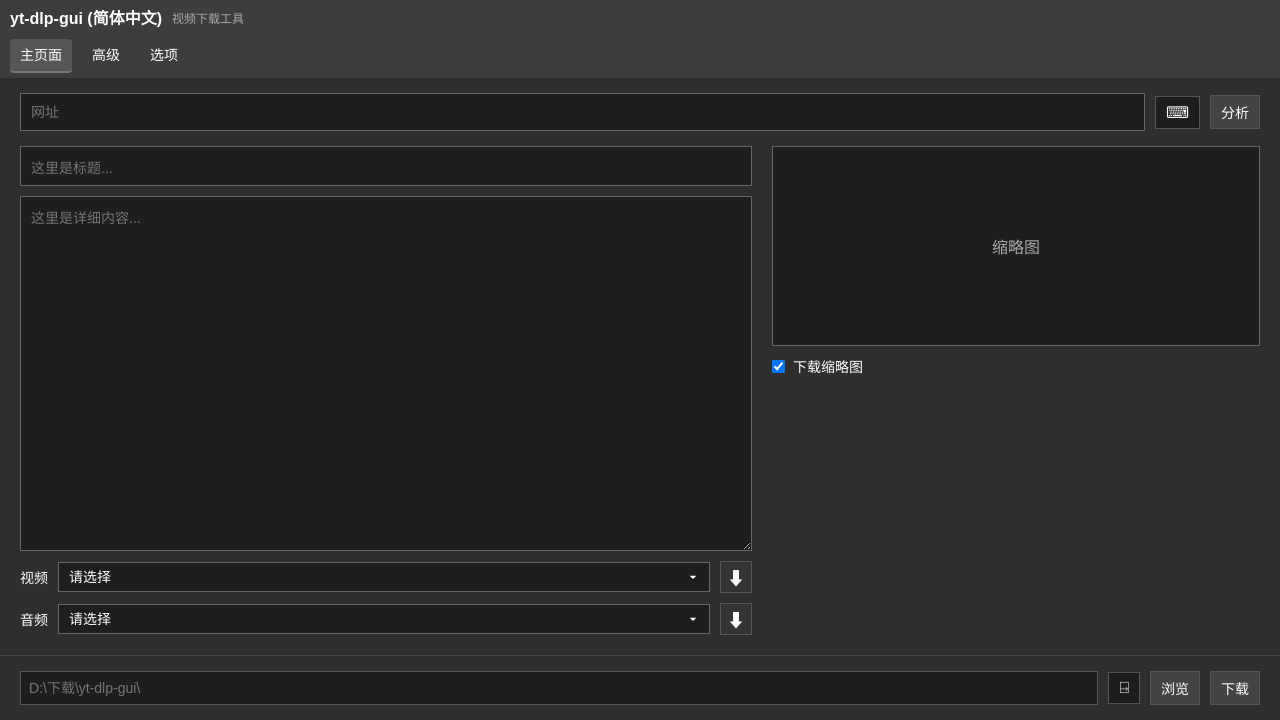
Repository: zArvin6808/yt-TubeSaver
Page: index.html
An editor plug-in stored every save of this project. The page is shown before and after the next save, followed by the edit.
The browser window is 1280 px wide. The pictures show the whole page.

Above is the page before, as saved 2025-06-07 15:34:18.

### index.html
<!DOCTYPE html>
<html lang="zh-CN">
<head>
  <meta charset="UTF-8" />
  <title>yt-dlp-gui (简体中文)</title>
  <meta name="viewport" content="width=device-width, initial-scale=1.0"/>
  <link rel="stylesheet" href="style.css" />
</head>
<body>

  <!-- 标题栏 -->
  <div class="title-bar">
    <h1>yt-dlp-gui (简体中文)</h1>
    <span>视频下载工具</span>
  </div>

  <!-- 导航栏 -->
  <div class="navbar">
    <a href="#" class="nav-link active" data-page="main">主页面</a>
    <a href="#" class="nav-link" data-page="advanced">高级</a>
    <a href="#" class="nav-link" data-page="settings">选项</a>
  </div>

  <!-- 主页面内容 -->
  <div id="main" class="page active">
    <!-- 网址与按钮 占据整行 -->
    <div class="url-analysis-row">
      <input type="text" id="urlInput" placeholder="网址" />
      <button class="icon-button" id="pasteButton">⌨</button>
      <button id="analyzeButton">分析</button>
    </div>

    <!-- 主内容 -->
    <div class="main">
      <!-- 左侧面板 -->
      <div class="left-panel">
        <textarea class="title-input" id="titleInput" placeholder="这里是标题..." readonly></textarea>
        <textarea class="content-textarea" id="contentTextarea" placeholder="这里是详细内容..."></textarea>

        <!-- 视频行 -->
        <div class="select-group">
          <label for="video-select">视频</label>
          <select id="video-select">
            <option>请选择</option>
            <option value="video1">视频格式1</option>
            <option value="video2">视频格式2</option>
          </select>
          <button class="download-button" id="downloadVideoButton">⬇</button>
        </div>

        <!-- 音频行 -->
        <div class="select-group">
          <label for="audio-select">音频</label>
          <select id="audio-select">
            <option>请选择</option>
            <option value="audio1">音频格式1</option>
            <option value="audio2">音频格式2</option>
          </select>
          <button class="download-button" id="downloadAudioButton">⬇</button>
        </div>
      </div>

      <!-- 右侧面板 -->
      <div class="right-panel">
        <div class="thumbnail" id="thumbnailPreview">缩略图</div>
        <div class="checkbox-group">
          <input type="checkbox" id="download-thumb" checked />
          <label for="download-thumb">下载缩略图</label>
        </div>
      </div>
    </div>

    <!-- 路径栏 -->
    <div class="path-bar">
      <input type="text" id="pathInput" placeholder="D:\下载\yt-dlp-gui\" />
      <button class="icon-button" id="refreshPathButton">⍈</button>
      <button id="selectPathButton">浏览</button>
      <button id="downloadButton">下载</button>
    </div>
  </div>

  <!-- 高级页面 -->
  <div id="advanced" class="page">
    <div class="test-content">
      <h2>高级设置（测试页面）</h2>
      <p>这是高级设置页面的测试内容。该页面将用于配置更详细的下载选项。</p>
      <p>未来这里将包含：</p>
      <ul style="color: #aaa; margin-left: 20px;">
        <li>视频质量设置</li>
        <li>下载速度限制</li>
        <li>字幕选项</li>
        <li>格式选择</li>
      </ul>
    </div>
  </div>

  <!-- 选项页面 -->
  <div id="settings" class="page">
    <div class="test-content">
      <h2>全局设置（测试页面）</h2>
      <p>这是选项设置页面的测试内容。该页面将用于配置软件的全局设置。</p>
      <p>未来这里将包含：</p>
      <ul style="color: #aaa; margin-left: 20px;">
        <li>界面语言设置</li>
        <li>默认下载路径</li>
        <li>代理设置</li>
        <li>主题选择</li>
      </ul>
    </div>
  </div>

  <script src="script.js"></script>
</body>
</html>

### style.css
    * {
      box-sizing: border-box;
      margin: 0;
      padding: 0;
      font-family: "Microsoft YaHei", sans-serif;
    }

    body {
      background-color: #2e2e2e;
      color: #ffffff;
      display: flex;
      flex-direction: column;
      min-height: 100vh;
    }

    /* 标题栏 */
    .title-bar {
      background-color: #3d3d3d;
      display: flex;
      align-items: center;
      padding: 5px 10px;
      gap: 10px;
    }

    .title-bar h1 {
      font-size: 16px;
      margin: 0;
    }

    .title-bar span {
      font-size: 12px;
      color: #aaa;
    }

    /* 导航栏 */
    .navbar {
      background-color: #3d3d3d;
      display: flex;
      padding: 5px 10px;
      gap: 10px;
    }

    .navbar a {
      color: white;
      text-decoration: none;
      line-height: 24px;
      font-size: 14px;
      cursor: pointer;
      padding: 4px 10px;
      border-radius: 4px;
    }

    .navbar a:hover {
      background-color: #4a4a4a;
    }

    .navbar a.active {
      background-color: #555;
      font-weight: 500;
      border-bottom: 2px solid #777;
    }

    /* 页面切换相关样式 */
    .page {
      display: none;
      flex-direction: column;
      flex-grow: 1;
    }

    .page.active {
      display: flex;
    }

    /* 网址与按钮容器：占满整行 */
    .url-analysis-row {
      display: flex;
      align-items: center;
      padding: 15px 20px;
      gap: 10px;
      width: 100%;
      box-sizing: border-box;
    }

    .url-analysis-row input[type="text"] {
      background-color: #1e1e1e;
      color: #ffffff;
      border: 1px solid #666;
      padding: 10px;
      font-size: 14px;
      flex-grow: 1;
      transition: border-color 0.2s ease;
    }

    .url-analysis-row input[type="text"]:focus {
      outline: none;
      border-color: #888;
      box-shadow: 0 0 0 2px rgba(150, 150, 150, 0.2);
    }

    /* 主内容容器 */
    .main {
      display: flex;
      flex-direction: row;
      padding: 0 20px 20px 20px;
      gap: 20px;
      flex-grow: 1;
    }

    /* 左侧区域 */
    .left-panel {
      display: flex;
      flex-direction: column;
      width: 60%;
      gap: 10px;
    }

    .title-input {
      background-color: #1e1e1e;
      color: #ffffff;
      border: 1px solid #666;
      padding: 10px;
      font-size: 14px;
      height: 40px;
      resize: none;
      transition: border-color 0.2s ease;
    }

    .title-input:focus {
      outline: none;
      border-color: #888;
      box-shadow: 0 0 0 2px rgba(150, 150, 150, 0.2);
    }

    .content-textarea {
      background-color: #1e1e1e;
      color: #ffffff;
      border: 1px solid #666;
      padding: 10px;
      font-size: 14px;
      resize: vertical;
      height: 100px;
      flex-grow: 1;
      transition: border-color 0.2s ease;
    }

    .content-textarea:focus {
      outline: none;
      border-color: #888;
      box-shadow: 0 0 0 2px rgba(150, 150, 150, 0.2);
    }

    /* 视频/音频选择器 - 每组一行 */
    .select-group {
      display: flex;
      align-items: center;
      gap: 10px;
    }

    select {
      background-color: #1e1e1e;
      color: #ffffff;
      border: 1px solid #666;
      padding: 6px 10px;
      font-size: 14px;
      flex-grow: 1;
      transition: border-color 0.2s ease;
      appearance: none;
      background-image: url("data:[embedded picture, 150 characters]");
      background-repeat: no-repeat;
      background-position: right 8px center;
      background-size: 16px;
    }

    select:focus {
      outline: none;
      border-color: #888;
      box-shadow: 0 0 0 2px rgba(150, 150, 150, 0.2);
    }

    label {
      font-size: 14px;
      text-align: right;
      flex-shrink: 0;
    }

    /* 基础按钮样式 */
    button {
      background-color: #444;
      color: white;
      border: 1px solid #555;
      padding: 6px 10px;
      cursor: pointer;
      font-size: 14px;
      transition: all 0.2s ease;
    }

    button:hover {
      background-color: #555;
      border-color: #666;
    }

    /* 图标按钮样式 */
    .icon-button {
      background-color: #1e1e1e;
      color: #ffffff;
      border: 1px solid #555;
      cursor: pointer;
      font-size: 16px;
      transition: all 0.3s ease;
      display: flex;
      justify-content: center;
      align-items: center;
    }

    .icon-button:hover {
      border-color: #666;
      background-color: #252525;
    }

    /* 下载图标按钮样式 */
    .download-button {
      width: 32px;
      height: 32px;
      display: flex;
      justify-content: center;
      align-items: center;
      font-size: 18px;
      padding: 0;
      background-color: #343434;
      border: 1px solid #555;
    }
    .download-button:hover {
      background-color: #555;
    }

    /* 右侧面板：缩略图和下载缩略图选项 */
    .right-panel {
      display: flex;
      flex-direction: column;
      width: 40%;
      gap: 10px;
    }

    .thumbnail {
      width: 100%;
      height: 200px;
      background-color: #1e1e1e;
      display: flex;
      justify-content: center;
      align-items: center;
      color: #aaa;
      font-size: 16px;
      border: 1px solid #666;
      transition: all 0.2s ease;
    }

    .thumbnail.loading {
      background-color: #252525;
      border-color: #888;
    }

    .thumbnail img {
      max-width: 100%;
      max-height: 100%;
      object-fit: contain;
    }

    .checkbox-group {
      display: flex;
      align-items: center;
      gap: 8px;
    }

    /* 路径栏 */
    .path-bar {
      display: flex;
      align-items: center;
      gap: 10px;
      padding: 15px 20px;
      background-color: #2e2e2e;
      border-top: 1px solid #444;
    }

    .path-bar input {
      flex-grow: 1;
      padding: 8px;
      background-color: #1e1e1e;
      color: #fff;
      border: 1px solid #555;
      font-size: 14px;
    }

    /* 测试页面样式 */
    .test-content {
      padding: 20px;
      display: flex;
      flex-direction: column;
      gap: 20px;
    }

    .test-content h2 {
      color: #fff;
      font-size: 18px;
      margin-bottom: 10px;
    }

    .test-content p {
      color: #aaa;
      font-size: 14px;
      line-height: 1.6;
    }

### script.js
// 页面切换逻辑
function switchPage(pageId) {
    // 移除所有页面的active类
    document.querySelectorAll('.page').forEach(page => {
        page.classList.remove('active');
    });

    // 移除所有导航项的active类
    document.querySelectorAll('.navbar a').forEach(nav => {
        nav.classList.remove('active');
    });

    // 激活选中的页面
    document.getElementById(pageId).classList.add('active');

    // 激活对应的导航项
    document.querySelector(`.navbar a[data-page="${pageId}"]`).classList.add('active');
}

// 初始化页面
document.addEventListener('DOMContentLoaded', () => {
    // 为所有导航链接添加点击事件
    document.querySelectorAll('.navbar a').forEach(link => {
        link.addEventListener('click', (e) => {
            e.preventDefault();
            const pageId = link.getAttribute('data-page');
            switchPage(pageId);
        });
    });

    // 默认显示main页面
    switchPage('main');

    // 绑定按钮事件

    // URL分析按钮点击事件
    document.getElementById('analyzeButton').addEventListener('click', () => {
        const url = document.getElementById('urlInput').value;
        // TODO: 实现URL分析逻辑
        console.log('分析URL:', url);
    });

    // 下载按钮点击事件
    document.getElementById('downloadButton').addEventListener('click', () => {
        // TODO: 实现下载逻辑
        console.log('开始下载');
    });

    // 选择保存路径按钮点击事件
    document.getElementById('selectPathButton').addEventListener('click', () => {
        // TODO: 实现选择保存路径逻辑
        console.log('选择保存路径');
    });

    // 粘贴按钮点击事件
    document.getElementById('pasteButton')?.addEventListener('click', () => {
        // TODO: 实现粘贴功能
        console.log('粘贴URL');
        navigator.clipboard.readText()
            .then(text => {
                document.getElementById('urlInput').value = text;
            })
            .catch(err => {
                console.error('无法读取剪贴板内容: ', err);
            });
    });

    // 视频下载按钮点击事件
    document.getElementById('downloadVideoButton')?.addEventListener('click', () => {
        const videoFormat = document.getElementById('video-select').value;
        console.log('下载视频格式:', videoFormat);
    });

    // 音频下载按钮点击事件
    document.getElementById('downloadAudioButton')?.addEventListener('click', () => {
        const audioFormat = document.getElementById('audio-select').value;
        console.log('下载音频格式:', audioFormat);
    });

    // 刷新路径按钮点击事件
    document.getElementById('refreshPathButton')?.addEventListener('click', () => {
        // TODO: 实现刷新路径功能
        console.log('刷新路径');
    });
});

After the next save:
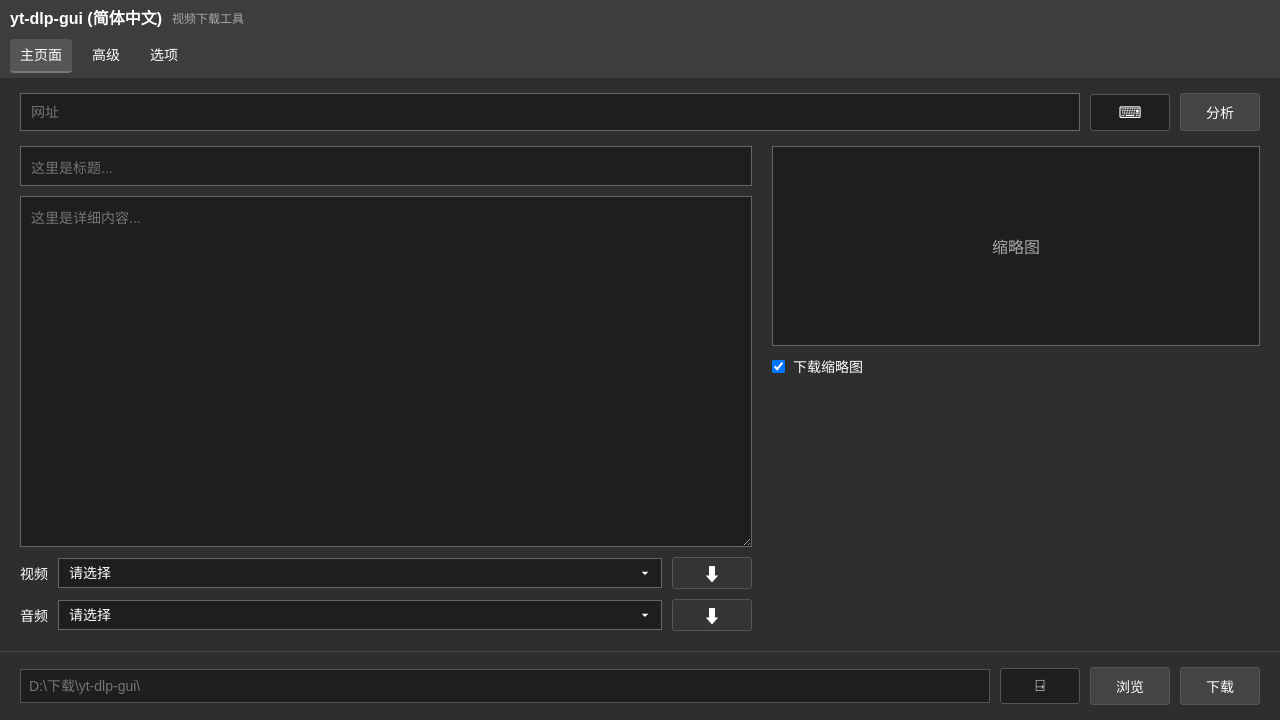
Saved 80 s later.
--- a/style.css
+++ b/style.css
@@ -188,10 +188,12 @@
       background-color: #444;
       color: white;
       border: 1px solid #555;
-      padding: 6px 10px;
+      padding: 8px 12px;
       cursor: pointer;
       font-size: 14px;
       transition: all 0.2s ease;
+      border-radius: 3px;
+      min-width: 80px;
     }
 
     button:hover {
@@ -199,6 +201,23 @@
       border-color: #666;
     }
 
+    button:active {
+      background-color: #3a3a3a;
+    }
+
+    button.primary {
+      background-color: #666;
+      border-color: #777;
+    }
+
+    button.primary:hover {
+      background-color: #777;
+    }
+
+    button.primary:active {
+      background-color: #5a5a5a;
+    }
+
     /* 图标按钮样式 */
     .icon-button {
       background-color: #1e1e1e;
@@ -206,15 +225,20 @@
       border: 1px solid #555;
       cursor: pointer;
       font-size: 16px;
-      transition: all 0.3s ease;
+      transition: all 0.2s ease;
       display: flex;
       justify-content: center;
       align-items: center;
+      border-radius: 3px;
     }
 
     .icon-button:hover {
       border-color: #666;
       background-color: #252525;
+    }
+
+    .icon-button:active {
+      background-color: #1a1a1a;
     }
 
     /* 下载图标按钮样式 */
@@ -228,9 +252,13 @@
       padding: 0;
       background-color: #343434;
       border: 1px solid #555;
+      border-radius: 3px;
     }
     .download-button:hover {
       background-color: #555;
+    }
+    .download-button:active {
+      background-color: #2e2e2e;
     }
 
     /* 右侧面板：缩略图和下载缩略图选项 */
